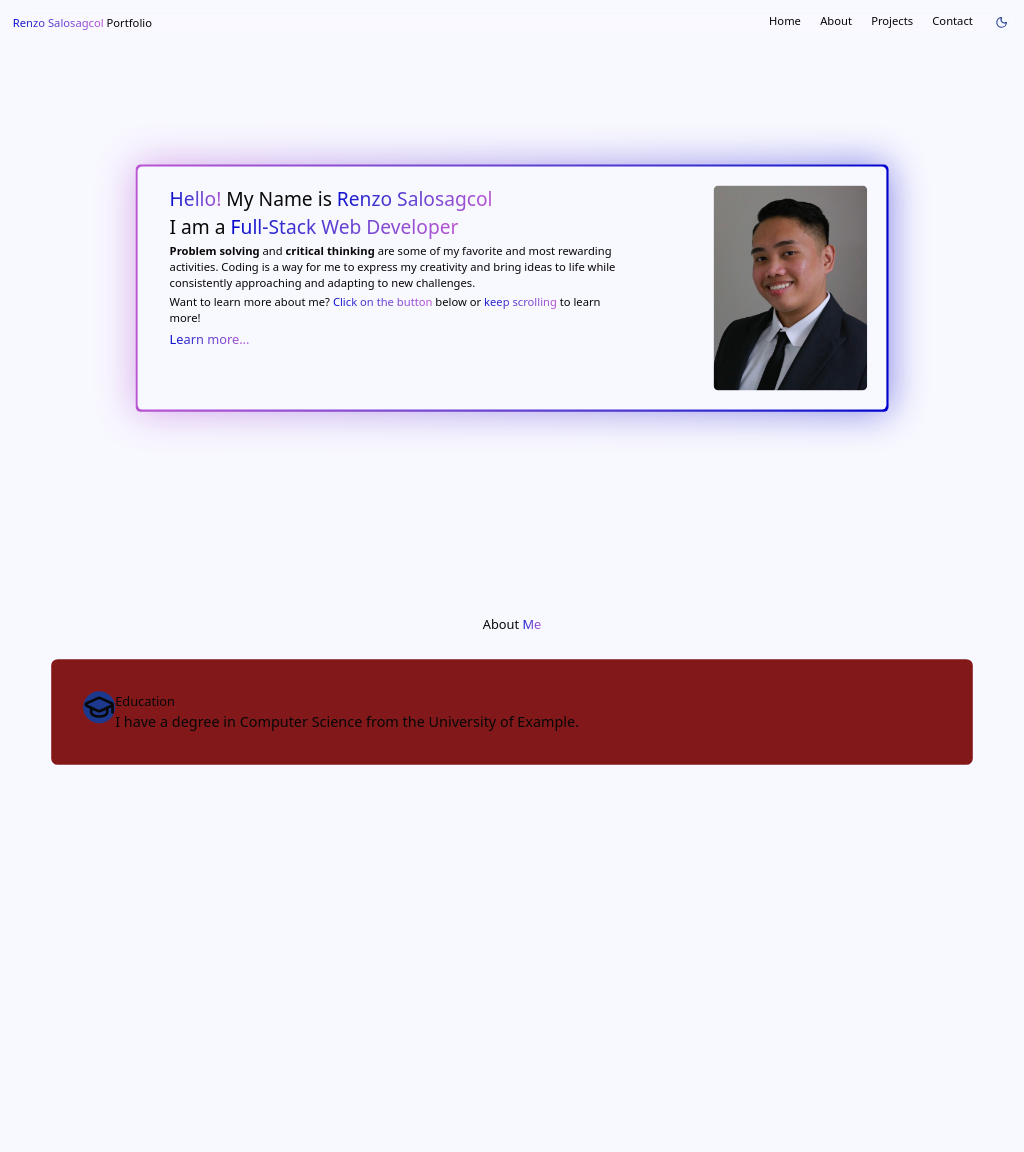
Repository: Renzo-Salosagcol/Updated_Personal_Portfolio
Page: /
These files come from the project's save history. The page is drawn as it stood at one moment and after the next save; the edit follows.
The browser window is 1280 px wide. The pictures show the whole page, at 80% of full size.
The project was rebuilt for these pictures with package versions that can differ from the ones it lists, and the page was loaded fresh each time. Also part of the build but not shown: vite.config.js, src/pages/NotFound.jsx.

Above is the page before, as saved 2025-10-10 12:31:14.

### index.html
<!doctype html>
<html lang="en">
  <head>
    <meta charset="UTF-8" />
    <link rel="icon" type="image/svg+xml" href="/vite.svg" />
    <meta name="viewport" content="width=device-width, initial-scale=1.0" />
    <title>updated-personal-portfolio</title>
  </head>
  <body>
    <div id="root"></div>
    <script type="module" src="/src/main.jsx"></script>
  </body>
</html>

### src/index.css
@import "tailwindcss";

@theme {
  --color-background: var(--background);
  --color-foreground: var(--foreground);

  --color-primary: var(--primary);
  --color-secondary: var(--secondary);

  --animate-fade-in: fade-in 1s ease-in forwards;
}

@layer base {
  /* Light Theme */
  :root {
    --background: #f8f8ff; /* Ghost White */
    --foreground: #080808; /* Vampire Black */

    --primary: #0000cd; /* Medium Blue */
    --secondary: #ba55d3; /* Medium Orchid */
  }

  /* Dark Theme */
  .dark {
    --background: #080808; /* Vampire Black */
    --foreground: #f8f8ff; /* Ghost White */

    --primary: #ff0800; /* Candy Apple Red */
    --secondary: #fefc22; /* Laser Lemon */
  }

  html {
    @apply scroll-smooth;
  }

  body {
    @apply bg-background text-foreground transition-colors duration-300;
  }
}

@property --gradient-angle {
  syntax: "<angle>";
  initial-value: 0deg;
  inherits: false;
}

@keyframes spin {
  from {
    --gradient-angle: 0deg;
  }
  to {
    --gradient-angle: 360deg;
  }
}

@keyframes fade-in {
  0% {
    opacity: 0;
    transform: translateY(20px);
  }
  100% {
    opacity: 1;
    transform: translateY(0);
  }
}

@utility container {
  margin-inline: auto;
  padding-inline: 1rem;
}

@utility after-gradient-border {
  @apply absolute h-[101.5%] w-[100.5%] top-1/2 left-1/2 -translate-x-1/2 -translate-y-1/2 rounded-md -z-10 bg-gradient-to-l from-primary to-secondary;
  content: '';
  /* animation: 3s spin linear infinite; */
}

@utility before-gradient-border {
  @apply after-gradient-border;
  filter: blur(1.5rem);
  opacity: 0.5;
}

@utility gradient-text {
  @apply text-transparent bg-clip-text bg-gradient-to-r from-primary to-secondary transition-colors duration-300;
}

@utility gradient-button {
  @apply after:after-gradient-border after:w-[103%] before:before-gradient-border gradient-text z-0;
}

@utility gradient-button-inner {
  @apply flex h-full w-full items-center justify-center rounded-full bg-background gradient-text z-10
}

@utility gradient-border {
  @apply after:after-gradient-border before:before-gradient-border
}

@utility glassmorphism {
  @apply bg-background/30 backdrop-blur-lg
}

### src/App.jsx
import { BrowserRouter, Routes, Route } from "react-router-dom"
import { Home } from "./pages/Home"
import { NotFound } from "./pages/NotFound"

function App() {
  return (
    <BrowserRouter>
      <Routes>
        <Route path="/" element={<Home />} />
        <Route path="*" element={<NotFound />} />
      </Routes>
    </BrowserRouter>
  )
}

export default App

### src/pages/Home.jsx
import { Background } from "../components/Background"
import { Navbar } from "../components/Navbar"
import { Hero } from "../components/Hero"
import { About } from "../components/About"

export const Home = () => {
  return (
    <div id="home" className="w-full h-screen">
      {/* Background */}
      <Background />


      {/* Navbar */}
      <Navbar />

      {/* Main */}
      <Hero />
      <About />

      {/* Footer */}
    </div>
  )
}

### src/components/Background.jsx


export const Background = () => {
  return (
    <div className="fixed inset-0 overflow-hidden pointer-events-none -z-40 bg-background w-screen h-screen">
    </div>
  )
}

### src/components/Navbar.jsx
import { ThemeToggle } from './ThemeToggle'

const items = [
  { name: 'Home', href: '#home' },
  { name: 'About', href: '#about' },
  { name: 'Projects', href: '#projects' },
  { name: 'Contact', href: '#contact' },
]

export const Navbar = () => {
  return (
    <nav className="fixed top-0 left-0 w-full p-2 flex items-center justify-between glassmorphism z-40 text-sm md:text-md text-foreground">
      <a href="#home" className="p-2"><span className="gradient-text">Renzo Salosagcol</span> Portfolio</a>
      <ul className="flex gap-6 p-2">
        {items.map(item => (
          <li key={item.name}
            className="hover:gradient-text transition-all duration-300 relative">
            <a href={item.href}>{item.name}</a>
          </li>
        ))}
        <li><ThemeToggle /></li>
      </ul>
    </nav>
  )
}

### src/components/Hero.jsx
import GradientButton from "./GradientButton";

export const Hero = () => {
  return (
    <main className="relative min-h-screen flex items-center justify-center max-w-10/12 rounded-md container z-0">
      <div className="z-0 relative gradient-border opacity-0 animate-fade-in">
        <div className="w-full h-full relative container flex flex-cols md:flex-rows justify-between gap-6 rounded-md p-6 bg-background">
          <div className="container flex flex-col gap-1">
            <h1 className="text-lg md:text-xl lg:text-2xl">
              <span className="gradient-text">Hello! </span>
              My Name is
              <span className="gradient-text"> Renzo Salosagcol</span>
            </h1>
            <h1 className="text-lg md:text-xl lg:text-2xl">I am a <span className="gradient-text">Full-Stack Web Developer</span></h1>
            <h3 className="w-md md:w-lg lg:w-xl text-sm">
              <span className="font-bold">Problem solving</span> and
              <span className="font-bold"> critical thinking </span>
              are some of my favorite and most rewarding activities. Coding is a way for me to express my creativity and bring ideas to life while consistently approaching and adapting to new challenges.
            </h3>
            <h3 className="w-md md:w-lg lg:w-xl text-sm">Want to learn more about me?
              <span className="gradient-text"> Click on the button</span> below or
              <span className="gradient-text"> keep scrolling</span> to learn more!
            </h3>
            <a
              href="#about"
              className="relative"
            >
              <GradientButton content="Learn more..." />
            </a>
          </div>
          <div>
            <img
            src="../../headshot.jpeg"
            alt="Headshot Photo"
            className="rounded-md w-64 h-64 object-cover"
            />
          </div>
      </div>
      </div>
    </main>
  )
}

### src/components/About.jsx
import { GraduationCap } from "lucide-react"

const experiences = [
  {
    name: "Education",
    icon: GraduationCap,
    description: "I have a degree in Computer Science from the University of Example.",
    link: "https://example.com/education"
  }
]

export const About = () => {
  return (
    <section id="about" className="relative min-h-screen py-12">
      <div className="top-0 flex items-center justify-center">
        <h1 >About <span className="gradient-text">Me</span></h1>
      </div>
      <div className="bg-red-900 mx-auto mt-8 max-w-6xl rounded-lg p-6 grid-cols-1 gap-6">
        {experiences.map((experience, index) => (
          <div key={index} className="flex flex-row items-start p-4">
            <experience.icon className="w-10 h-10 left rounded-full bg-blue-900" />
            <div>
              <h2>{experience.name}</h2>
              <p className="text-sm md:text-md lg:text-lg">
                {experience.description}
              </p>
              <a
                href={experience.link}
                target="_blank"
                rel="noopener noreferrer"
                className="text-blue-500 hover:underline"
              >
              </a>
            </div>
          </div>
        ))}
      </div>
    </section>
  )
}

### src/components/ThemeToggle.jsx
import { useState, useEffect } from "react"
import { Sun, Moon } from "lucide-react"

export const ThemeToggle = () => {
  const [isDark, setIsDark] = useState(false)

  useEffect(() => {
    const theme = localStorage.getItem("theme")
    if (theme) {
      setIsDark(theme === "dark")
      document.documentElement.classList.toggle("dark", theme === "dark")
    }
  }, [])

  const toggleTheme = () => {
    setIsDark(!isDark)
    document.documentElement.classList.toggle("dark", !isDark)
    localStorage.setItem("theme", !isDark ? "dark" : "light")
  }

  return (
    <button
      onClick={toggleTheme}
      className="max-sm:hidden p-1 z-50 rounded-full transition-color duration-300 focus:outline-hidden hover:cursor-pointer"
    >
      {isDark ? (
        <Sun className="h-4 w-4 text-yellow-300" />
      ) : (
        <Moon className="h-4 w-4 text-blue-900" />
      )}
    </button>

  )
}

### src/components/GradientButton.jsx
import React from "react";
import { props } from "react";

function GradientButton(props) {
  return (
    <button className="gradient-button">
        {props.content}
    </button>
  )
}

export default GradientButton;

Loaded but not shown: src/main.jsx (common file)

After the next save:
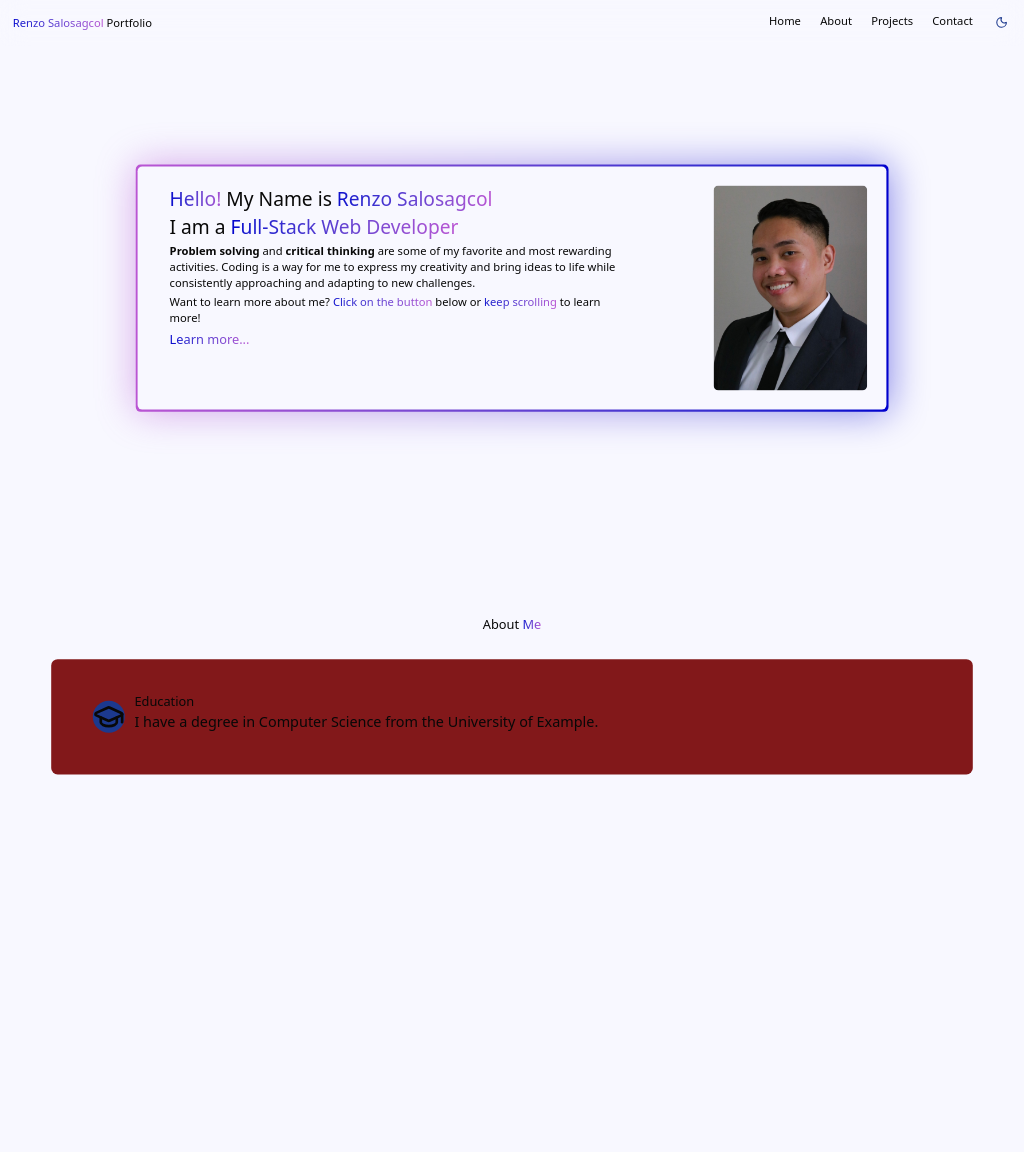
Saved 44 s later.
--- a/src/components/About.jsx
+++ b/src/components/About.jsx
@@ -18,7 +18,9 @@ export const About = () => {
       <div className="bg-red-900 mx-auto mt-8 max-w-6xl rounded-lg p-6 grid-cols-1 gap-6">
         {experiences.map((experience, index) => (
           <div key={index} className="flex flex-row items-start p-4">
-            <experience.icon className="w-10 h-10 left rounded-full bg-blue-900" />
+            <div className="p-3">
+              <experience.icon className="w-10 h-10 left rounded-full bg-blue-900" />
+            </div>
             <div>
               <h2>{experience.name}</h2>
               <p className="text-sm md:text-md lg:text-lg">
